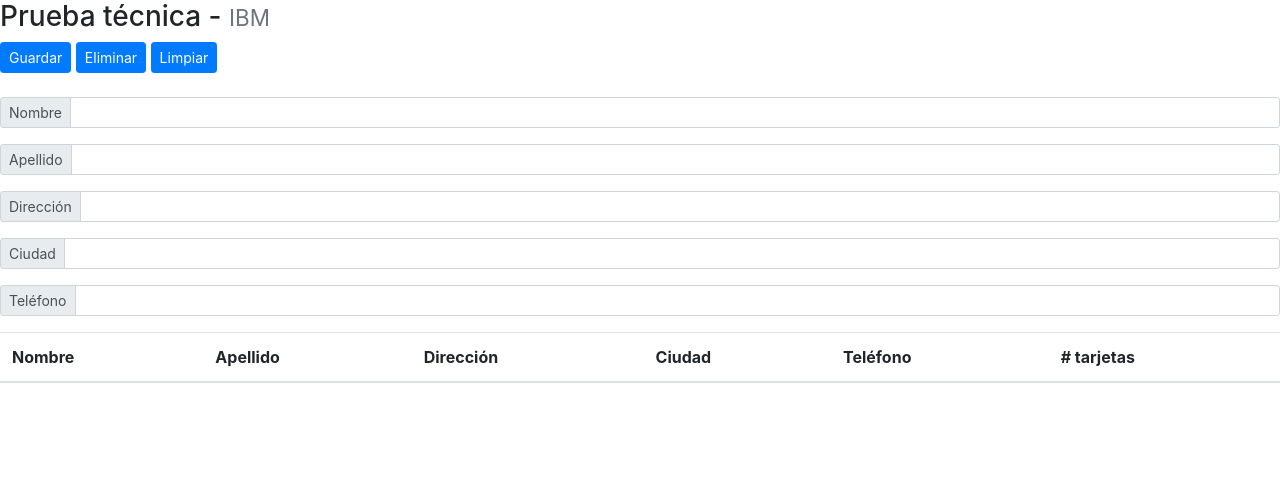
Repository: analozano16/ibm
Page: prueba_banco_war/src/main/webapp/index.html
An editor plug-in stored every save of this project. The page is shown before and after the next save, followed by the edit.
The browser window is 1280 px wide. The pictures show the whole page.
Some web libraries are served in a nearby version.

Above is the page before, as saved 2020-02-02 22:35:16.

### prueba_banco_war/src/main/webapp/index.html
<!DOCTYPE html>
<html ng-app="Clientes">
<head>
	<title>Prueba</title>
	<meta charset="utf-8" />
	<!-- angular -->
	<script src="https://ajax.googleapis.com/ajax/libs/angularjs/1.7.9/angular.min.js"></script>
	<!-- controlador -->
	<script type="text/javascript" src="app.js"></script>
	<!-- bootstrap -->
	<link rel="stylesheet" href="https://stackpath.bootstrapcdn.com/bootstrap/4.3.1/css/bootstrap.min.css" integrity="sha384-ggOyR0iXCbMQv3Xipma34MD+dH/1fQ784/j6cY/iJTQUOhcWr7x9JvoRxT2MZw1T" crossorigin="anonymous">
</head>
<body>

<h3>
  Prueba técnica -
  <small class="text-muted"> IBM</small>
</h3>
<button type="button" class="btn btn-primary btn-sm">Guardar</button>
<button type="button" class="btn btn-primary btn-sm">Eliminar</button>
<button type="button" class="btn btn-primary btn-sm">Limpiar</button>

<br/>
<br/>
<div class="input-group input-group-sm mb-3">
  <div class="input-group-prepend">
    <span class="input-group-text" id="inputGroup-sizing-sm">Nombre</span>
  </div>
  <input type="text" class="form-control" aria-label="Small" aria-describedby="inputGroup-sizing-sm">
</div>

<div class="input-group input-group-sm mb-3">
  <div class="input-group-prepend">
    <span class="input-group-text" id="inputGroup-sizing-sm">Apellido</span>
  </div>
  <input type="text" class="form-control" aria-label="Small" aria-describedby="inputGroup-sizing-sm">
</div>
<div class="input-group input-group-sm mb-3">
  <div class="input-group-prepend">
    <span class="input-group-text" id="inputGroup-sizing-sm">Dirección</span>
  </div>
  <input type="text" class="form-control" aria-label="Small" aria-describedby="inputGroup-sizing-sm">
</div>
<div class="input-group input-group-sm mb-3">
  <div class="input-group-prepend">
    <span class="input-group-text" id="inputGroup-sizing-sm">Ciudad</span>
  </div>
  <input type="text" class="form-control" aria-label="Small" aria-describedby="inputGroup-sizing-sm">
</div>
<div class="input-group input-group-sm mb-3">
  <div class="input-group-prepend">
    <span class="input-group-text" id="inputGroup-sizing-sm">Teléfono</span>
  </div>
  <input type="text" class="form-control" aria-label="Small" aria-describedby="inputGroup-sizing-sm">
</div>


<table class="table table-hover">
  <thead>
    <tr>
      <th scope="col">Nombre</th>
      <th scope="col">Apellido</th>
      <th scope="col">Dirección</th>
      <th scope="col">Ciudad</th>
      <th scope="col">Teléfono</th>
      <th scope="col"># tarjetas</th>
    </tr>
  </thead>
  <tbody>
  </tbody>
</table>
</body>
</html>

### prueba_banco_war/src/main/webapp/app.js
var app = angular.module("Clientes",[]);

app.controller("ClienteController", function($scope){

});

After the next save:
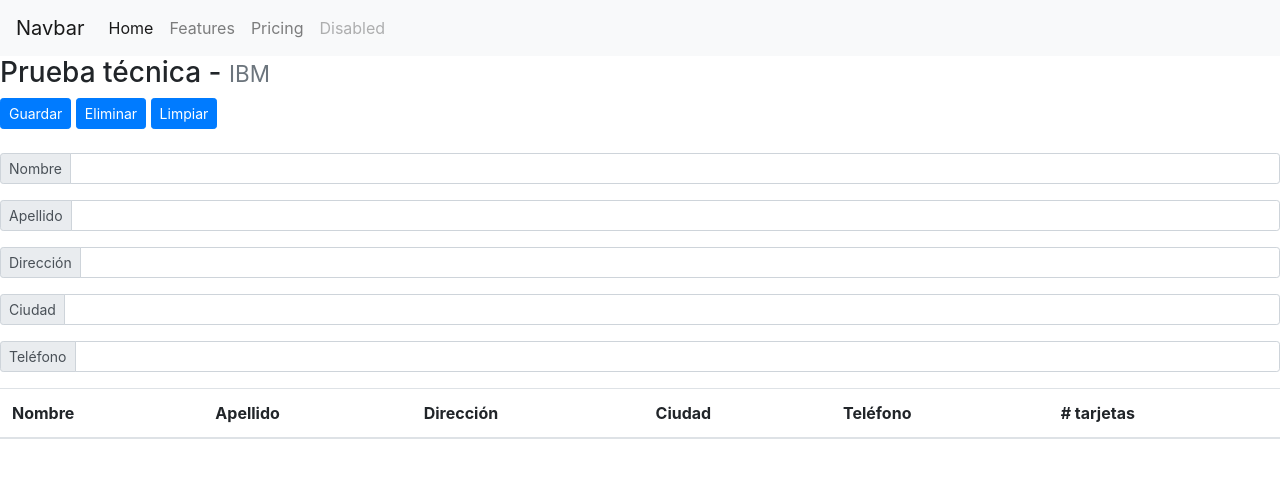
Saved 44 min 18 s later.
--- a/prueba_banco_war/src/main/webapp/index.html
+++ b/prueba_banco_war/src/main/webapp/index.html
@@ -11,6 +11,21 @@
 	<link rel="stylesheet" href="https://stackpath.bootstrapcdn.com/bootstrap/4.3.1/css/bootstrap.min.css" integrity="sha384-ggOyR0iXCbMQv3Xipma34MD+dH/1fQ784/j6cY/iJTQUOhcWr7x9JvoRxT2MZw1T" crossorigin="anonymous">
 </head>
 <body>
+
+<nav class="navbar navbar-expand-lg navbar-light bg-light">
+  <a class="navbar-brand" href="#">Navbar</a>
+  <button class="navbar-toggler" type="button" data-toggle="collapse" data-target="#navbarNavAltMarkup" aria-controls="navbarNavAltMarkup" aria-expanded="false" aria-label="Toggle navigation">
+    <span class="navbar-toggler-icon"></span>
+  </button>
+  <div class="collapse navbar-collapse" id="navbarNavAltMarkup">
+    <div class="navbar-nav">
+      <a class="nav-item nav-link active" href="#">Home <span class="sr-only">(current)</span></a>
+      <a class="nav-item nav-link" href="#">Features</a>
+      <a class="nav-item nav-link" href="#">Pricing</a>
+      <a class="nav-item nav-link disabled" href="#">Disabled</a>
+    </div>
+  </div>
+</nav>
 
 <h3>
   Prueba técnica -
